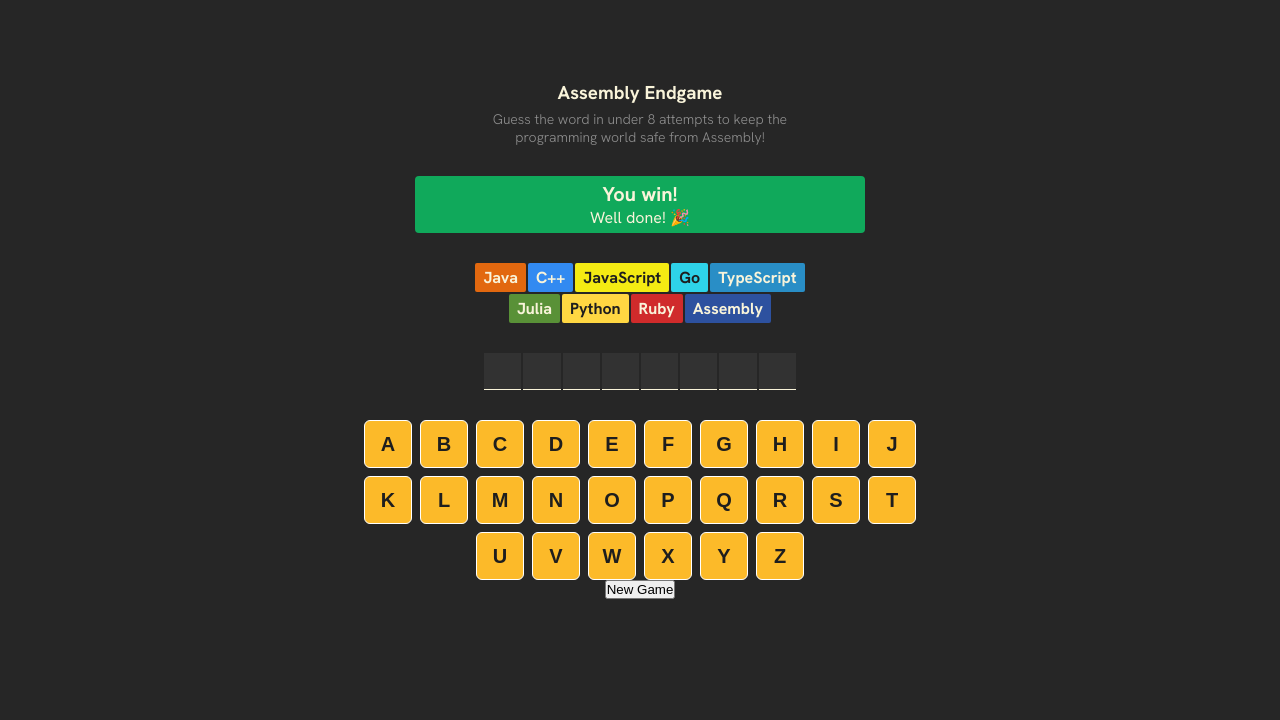
Repository: AchrafAzzaoui/AssemblyEndgame
Page: / (app in assembly-endgame/)
The author's editor kept a copy of each file at every save. The page is drawn from the files as they stood at one save, then again after the next save.
The browser window is 1280 px wide. The pictures show the whole page.
The project was rebuilt for these pictures with package versions that can differ from the ones it lists, and the page was loaded fresh each time. Also part of the build but not shown: assembly-endgame/vite.config.js.

Above is the page before, as saved 2024-12-25 15:50:13.

### assembly-endgame/index.html
<!DOCTYPE html>
<html lang="en">
  <head>
    <meta charset="UTF-8" />
    <link rel="icon" type="image/svg+xml" href="/vite.svg" />
    <meta name="viewport" content="width=device-width, initial-scale=1.0" />
    <link
      href="https://fonts.googleapis.com/css2?family=Hanken+Grotesk:wght@300;400;500;600;700&display=swap"
      rel="stylesheet"
    />
    <title>Assembly Endgame</title>
  </head>
  <body>
    <div id="root"></div>
    <script type="module" src="/src/main.jsx"></script>
  </body>
</html>

### assembly-endgame/src/index.css
* {
  margin: 0;
  padding: 0;
  box-sizing: border-box;
}
body {
  font-family: "Hanken Grotesk", sans-serif;
  background-color: #262626;
  color: #d9d9d9;
  padding: 80px 40px;
  height: 100vh;
  display: flex;
  justify-content: center;
}

header {
  text-align: center;
}

.game-title {
  color: #f9f4da;
}
.game-description {
  margin-top: 5px;
  font-weight: 300;
  color: #8e8e8e;
  font-size: 0.875rem;
  max-width: 350px;
}
.game-description,
.game-title {
  text-align: center;
}

/* status */
.game-status {
  width: 100%;
  max-width: 450px;
  background-color: #10a95b;
  color: #f9f4da;
  display: flex;
  flex-direction: column;
  justify-content: space-evenly;
  align-items: center;
  padding: 5px 20px;
  margin: 20px 0;
  border-radius: 4px;
  margin-block: 30px;
}

.game-status h2 {
  font-size: 1.25rem;
  /* margin: 5px; */
}

/* language tags */
.language-tags-container {
  display: flex;
  justify-content: center;
  flex-wrap: wrap;
  gap: 2px;
  max-width: 350px;
}

.language-tag {
  padding: 0.25rem 0.5rem;
  border-radius: 2px;
}

main {
  width: 100%;
  max-width: 600px;
  display: flex;
  flex-direction: column;
  align-items: center;
}

/* letter tiles and word container*/

.word-display {
  width: 100%;
  max-width: 350px;
  display: flex;
  gap: 2px;
  justify-content: center;
  align-items: center;
  margin-top: 30px;
}

.letter-tile {
  background-color: #323232;
  color: #fff;
  padding: 0rem 1rem;
  border-bottom: 1px solid #f9f4da;
  min-width: 2rem;
  text-align: center;
  font-size: 1.25rem;
  aspect-ratio: 1/1;
}

/* keyboard and letter buttons */
.keyboard {
  display: flex;
  flex-wrap: wrap;
  justify-content: center;
  gap: 8px;
  margin-top: 30px;
}

.letter-button {
  background-color: #fcba29;
  color: #1e1e1e;
  padding: 0rem;
  border: 0.5px solid white;
  min-width: 3rem;
  text-align: center;
  font-size: 1rem;
  aspect-ratio: 1/1;
  border-radius: 6px;
  font-weight: 600;
  font-size: 1.25rem;
  line-height: 1.5rem;
  cursor: pointer;
}

### assembly-endgame/src/App.jsx
import { useState } from "react";
import Status from "./components/Status.jsx";
import LanguageTags from "./components/LanguageTags.jsx";
import WordDisplay from "./components/WordDisplay.jsx";
import Keyboard from "./components/Keyboard.jsx";
import NewGameButton from "./components/NewGameButton.jsx";

export default function App() {
  const [currentWord, setCurrentWord] = useState("");

  return (
    <main>
      <header>
        <h3 className="game-title">Assembly Endgame</h3>
        <p className="game-description">
          Guess the word in under 8 attempts to keep the programming world safe
          from Assembly!
        </p>
      </header>
      <Status />
      <LanguageTags />
      <WordDisplay currentWord={currentWord} correctWord={"REFACTOR"} />
      <Keyboard />
      <NewGameButton />
    </main>
  );
}

### assembly-endgame/src/components/Status.jsx
import { useState } from "react";

export default function Status() {
  return (
    <div className="game-status">
      <h2>You win!</h2>
      <p>Well done! 🎉</p>
    </div>
  );
}

### assembly-endgame/src/components/LanguageTags.jsx
import { useState } from "react";
import { languages } from "../data/languages.js";

export default function LanguageTags() {
  const languageTags = languages.map((language) => {
    const { name, backgroundColor, color } = language;
    return (
      <div
        className="language-tag"
        style={{ backgroundColor: backgroundColor, color: color }}
      >
        <h4>{name}</h4>
      </div>
    );
  });
  return <div className="language-tags-container">{languageTags}</div>;
}

### assembly-endgame/src/components/WordDisplay.jsx
import { useState } from "react";

export default function WordDisplay({ currentWord, correctWord }) {
  const currWordLetters = currentWord
    .split("")
    .map((letter) => letter.toUpperCase());
  const correctWordLetters = correctWord
    .split("")
    .map((letter) => letter.toUpperCase());

  const letterTiles = correctWordLetters.map((letter, index) => {
    return (
      <span className="letter-tile" key={index}>
        {currWordLetters[index] || "\u00A0"}
      </span>
    );
  });
  return <div className="word-display">{letterTiles}</div>;
}

### assembly-endgame/src/components/Keyboard.jsx
export default function Keyboard() {
  const letters = "ABCDEFGHIJKLMNOPQRSTUVWXYZ".split("");
  const letterButtons = letters.map((letter) => {
    return (
      <button key={letter} className="letter-button">
        {letter}
      </button>
    );
  });
  return <div className="keyboard">{letterButtons}</div>;
}

### assembly-endgame/src/components/NewGameButton.jsx
export default function NewGameButton() {
  return <button className="new-game-button">New Game</button>;
}

### assembly-endgame/src/data/languages.js
export const languages = [
  {
    name: "Java",
    backgroundColor: "#E2680F",
    color: "#F9F4DA",
  },
  {
    name: "C++",
    backgroundColor: "#328AF1",
    color: "#F9F4DA",
  },
  {
    name: "JavaScript",
    backgroundColor: "#F4EB13",
    color: "#1E1E1E",
  },
  {
    name: "Go",
    backgroundColor: "#2ED3E9",
    color: "#1E1E1E",
  },
  {
    name: "TypeScript",
    backgroundColor: "#298EC6",
    color: "#F9F4DA",
  },
  {
    name: "Julia",
    backgroundColor: "#599137",
    color: "#F9F4DA",
  },
  {
    name: "Python",
    backgroundColor: "#FFD742",
    color: "#1E1E1E",
  },
  {
    name: "Ruby",
    backgroundColor: "#D02B2B",
    color: "#F9F4DA",
  },
  {
    name: "Assembly",
    backgroundColor: "#2D519F",
    color: "#F9F4DA",
  },
];

Loaded but not shown: assembly-endgame/src/main.jsx (common file)

After the next save:
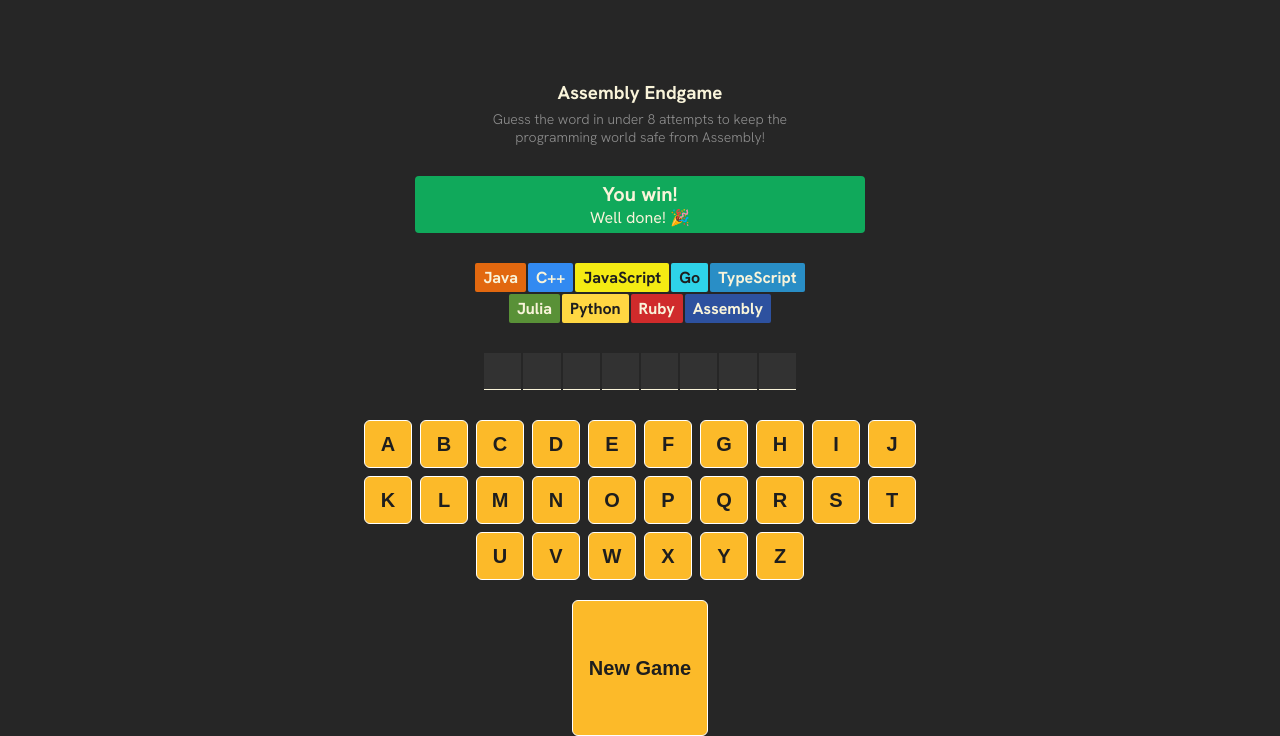
Saved 78 s later.
--- a/assembly-endgame/src/index.css
+++ b/assembly-endgame/src/index.css
@@ -122,3 +122,22 @@
   line-height: 1.5rem;
   cursor: pointer;
 }
+
+/* New game button */
+
+.new-game-button {
+  background-color: #fcba29;
+  color: #1e1e1e;
+  padding: 0.5rem 1rem;
+  border: 0.5px solid white;
+  min-width: 3rem;
+  text-align: center;
+  font-size: 1rem;
+  aspect-ratio: 1/1;
+  border-radius: 6px;
+  font-weight: 600;
+  font-size: 1.25rem;
+  line-height: 1.5rem;
+  cursor: pointer;
+  margin-top: 20px;
+}
